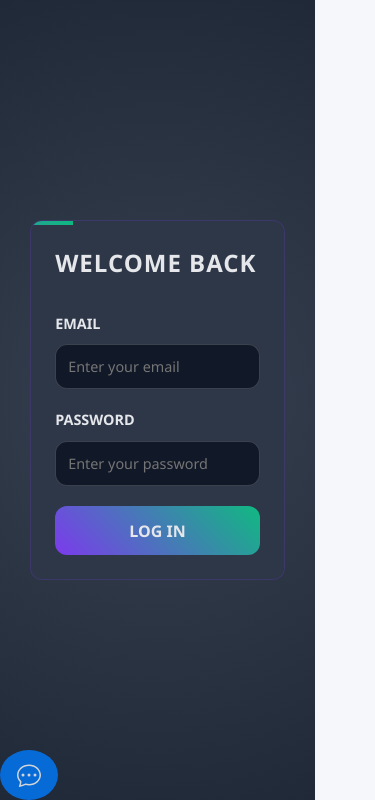
Repository: ferhadsultan98/e-commerce
Page: /
An editor plug-in stored every save of this project. The page is shown before and after a run of saves, followed by the edit.
The browser window is 375 px wide. The pictures show the whole page.
The project was rebuilt for these pictures with package versions that can differ from the ones it lists, and the page was loaded fresh each time. Also part of the build but not shown: vite.config.js, src/client/Styles/Products.scss, src/client/Pages/Products/ProductCard.jsx, src/client/Pages/Products/Products.jsx, src/client/Styles/TechSlider.scss, src/client/Pages/TechSlider/TechSlider.jsx, src/client/Styles/TopHeader.scss, src/client/Components/Header/TopHeader.jsx and 28 more.

Above is the page before, as saved 2025-04-22 17:02:49.

After the next 2 saves:
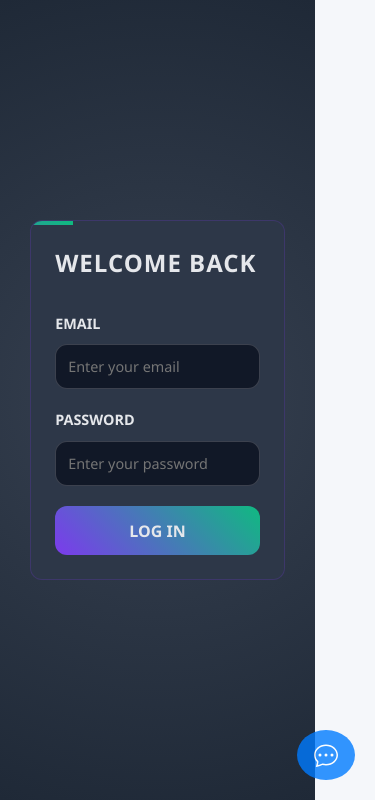
The 2 saves are shown as one change because they came seconds apart.
The last was saved 2 min 6 s later.
--- a/src/client/Styles/ChatWidget.scss
+++ b/src/client/Styles/ChatWidget.scss
@@ -368,9 +368,6 @@
       width: 50px;
       height: 50px;
       position: fixed;
-      bottom: 0;
-      left: 0;
-      right: 0;
     }
 
     .chatContainer {
